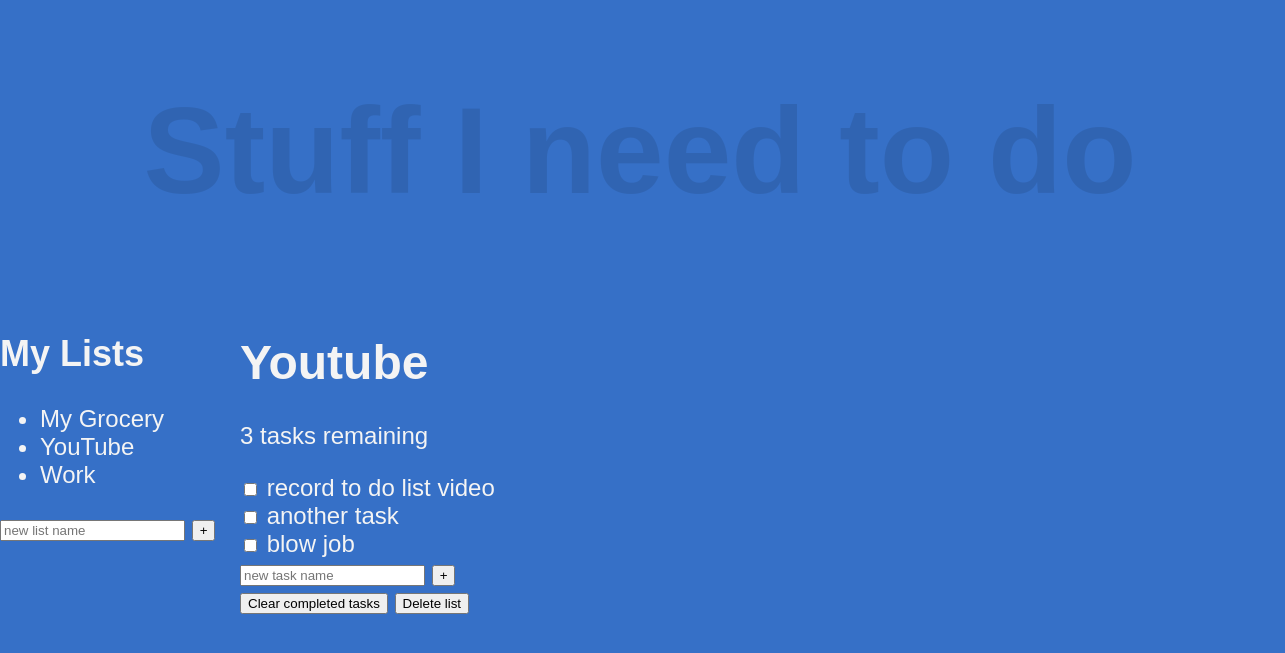
Repository: MohammadMazloum123/To-Do-List-App-
Page: index.html
The author's editor kept a copy of each file at every save. The page is drawn from the files as they stood at one save, then again after the next save.
The browser window is 1280 px wide. The page is 1280 px wide, then 1285 px, so the pictures cover 1285 px, including what lies to the right of the window. The pictures show the whole page.

Above is the page before, as saved 2024-02-15 12:33:34.

After the next save:
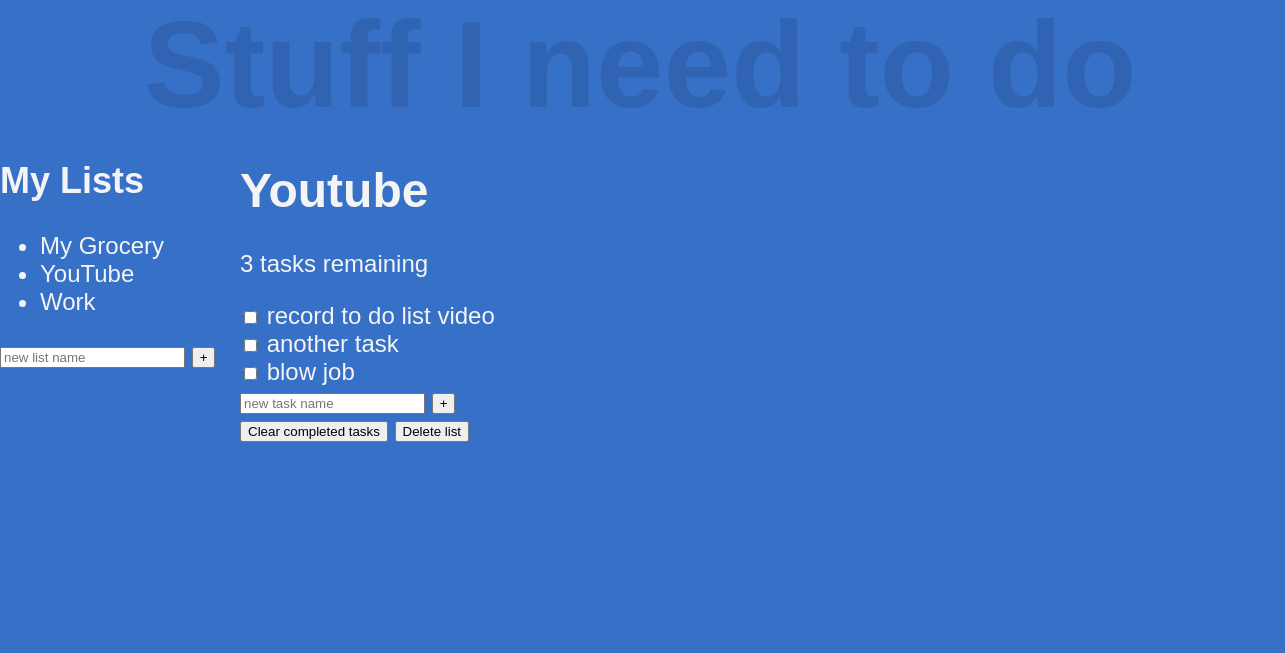
Saved 4 s later.
--- a/styles.css
+++ b/styles.css
@@ -30,5 +30,5 @@ body{
     font-weight: 800;
     font-size: calc(7vw + 2rem);
     color: rgba(0, 0, 0, .1);
-    margin:
+    margin: -.3rem
 }
